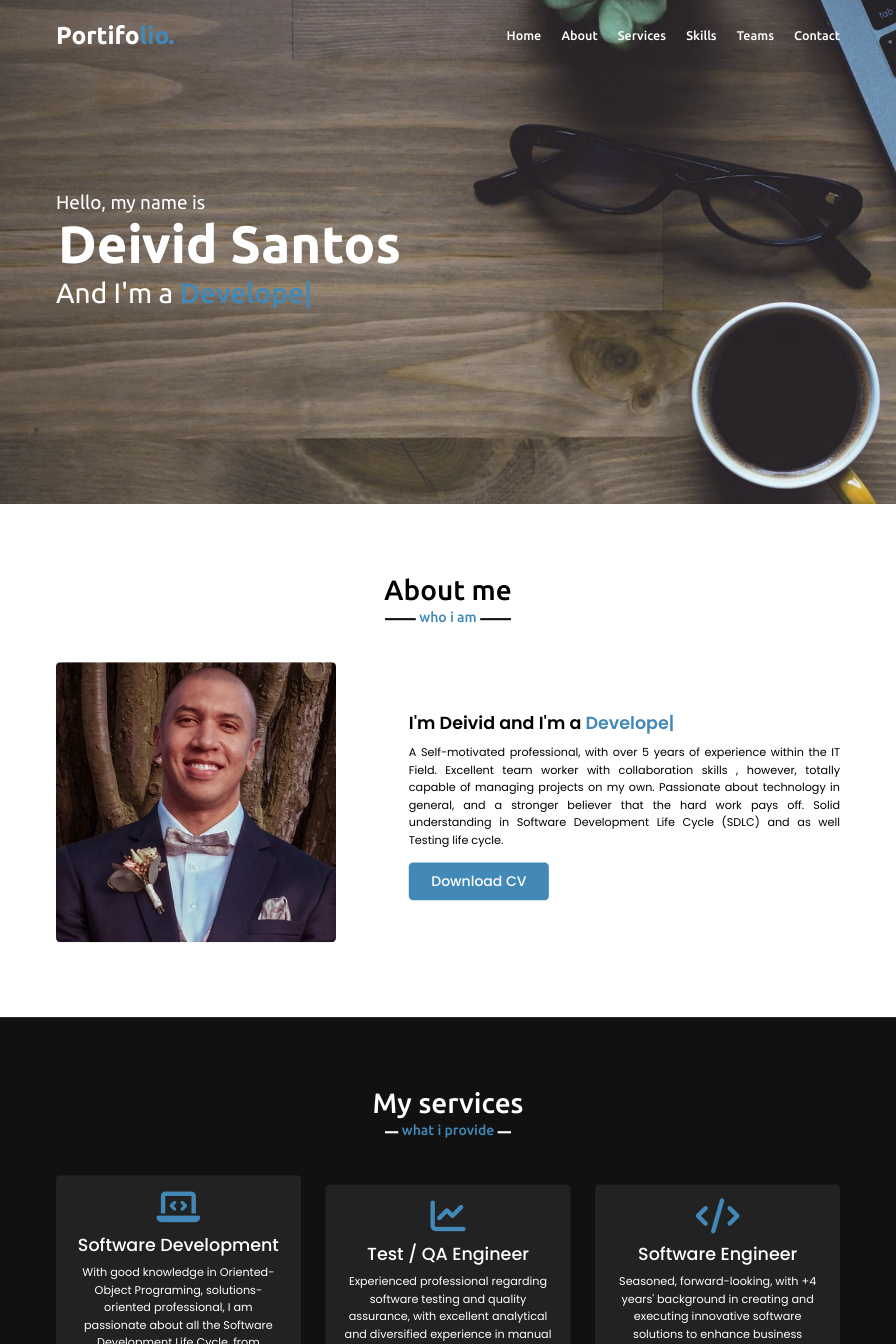
Repository: deividwsantoss/portfolio
Page: index.html
An editor plug-in stored every save of this project. The page is shown before and after the next save, followed by the edit.
The browser window is 1280 px wide. The pictures show the part of the page from y = 0 to 1920 px (the page is 4170 px tall), at 70% of full size.
Some web libraries are served in a nearby version.

Above is the page before, as saved 2021-03-03 12:29:07.

After the next save:
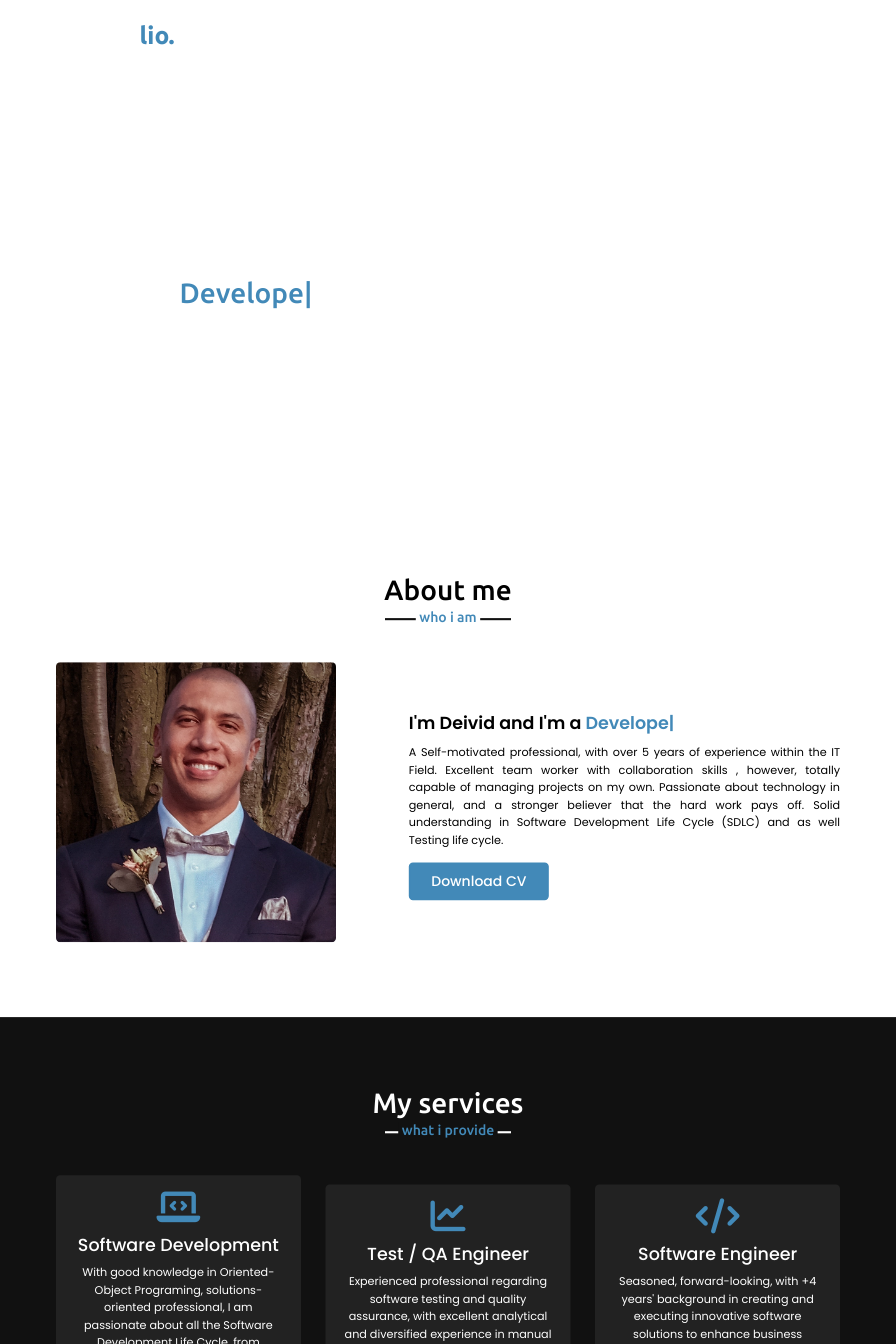
Not found: Content/images/banner.jpg
Saved 32 h 50 min later.
--- a/Content/style.css
+++ b/Content/style.css
@@ -164,7 +164,7 @@ section .title::after{
 
 .home{
     display: flex;
-    background: url("/images/banner.jpg") no-repeat center;
+    background: url("./images/banner.jpg") no-repeat center;
     height: 100vh;
     color: #fff;
     min-height: 500px;
